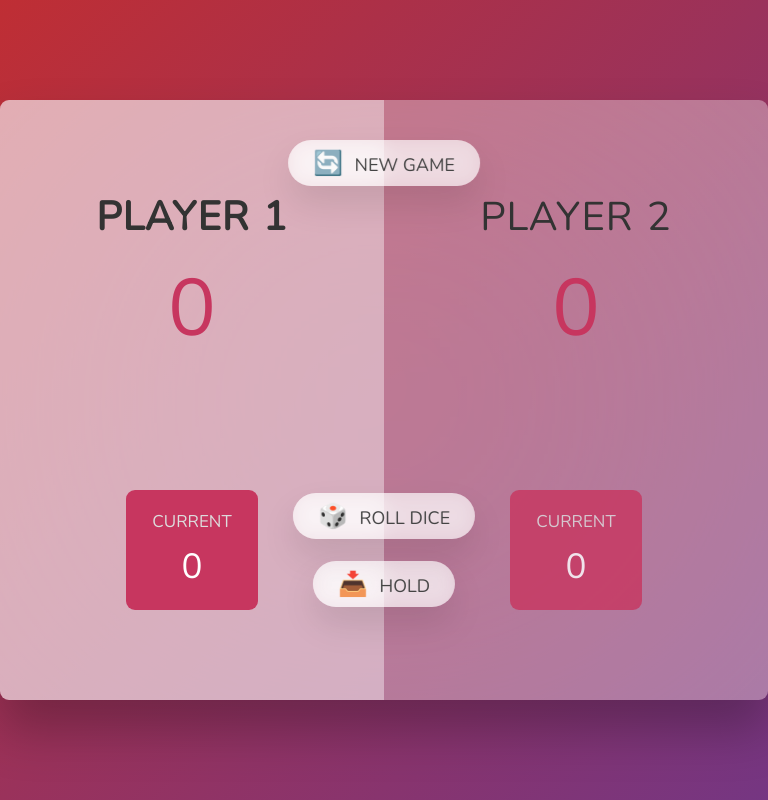
Repository: AbanoubSamyTawfek2002/pig-game
Page: index.html
An editor plug-in stored every save of this project. The page is shown before and after the next save, followed by the edit.
The browser window is 768 px wide. The pictures show the whole page.

Above is the page before, as saved 2025-10-02 00:41:56.

After the next save:
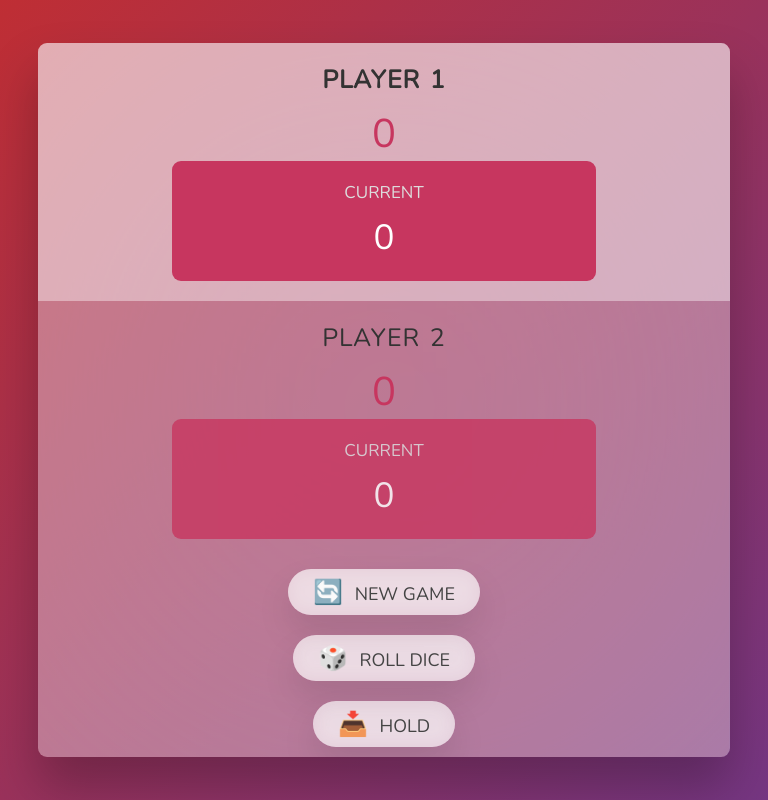
Saved 7 s later.
--- a/style.css
+++ b/style.css
@@ -25,23 +25,26 @@ body {
 .hidden {
   display: none;
 }
+
 /* LAYOUT */
 main {
   position: relative;
-  width: 100rem;
-  height: 60rem;
+  width: 90%;
+  max-width: 100rem;
+  height: auto;
+  aspect-ratio: 5/3;
   background-color: rgba(255, 255, 255, 0.35);
   backdrop-filter: blur(200px);
-  filter: blur();
   box-shadow: 0 3rem 5rem rgba(0, 0, 0, 0.25);
   border-radius: 9px;
   overflow: hidden;
   display: flex;
+  flex-wrap: wrap;
 }
 
 .player {
-  flex: 50%;
-  padding: 9rem;
+  flex: 1 1 50%;
+  padding: 5rem 2rem;
   display: flex;
   flex-direction: column;
   align-items: center;
@@ -102,7 +105,7 @@ main {
   font-size: 3.5rem;
 }
 
-/* ABSOLUTE POSITIONED ELEMENTS */
+/* ABSOLUTE ELEMENTS */
 .btn {
   position: absolute;
   left: 50%;
@@ -116,11 +119,8 @@ main {
   cursor: pointer;
   font-weight: 400;
   transition: all 0.2s;
-
-  background-color: white;
   background-color: rgba(255, 255, 255, 0.6);
   backdrop-filter: blur(10px);
-
   padding: 0.7rem 2.5rem;
   border-radius: 50rem;
   box-shadow: 0 1.75rem 3.5rem rgba(0, 0, 0, 0.1);
@@ -154,17 +154,57 @@ main {
 .dice {
   position: absolute;
   left: 50%;
-  top: 16.5rem;
+  top: 25%;
   transform: translateX(-50%);
-  height: 10rem;
+  width: 15vw;
+  max-width: 10rem;
+  height: auto;
   box-shadow: 0 2rem 5rem rgba(0, 0, 0, 0.2);
 }
 
 .player--winner {
   background-color: #2f2f2f;
 }
-
 .player--winner .name {
   font-weight: 700;
   color: #c7365f;
 }
+
+/* 📱 Responsive */
+@media (max-width: 768px) {
+  main {
+    flex-direction: column;
+    aspect-ratio: auto;
+    height: auto;
+  }
+
+  .player {
+    flex: 1 1 100%;
+    padding: 2rem;
+  }
+
+  .score {
+    font-size: 4rem;
+  }
+
+  .name {
+    font-size: 2.5rem;
+  }
+
+  .dice {
+    position: relative;
+    margin: 2rem auto;
+    top: auto;
+    transform: none;
+    width: 30vw;
+  }
+
+  .btn {
+    position: relative;
+    transform: none;
+    margin: 1rem auto;
+    left: auto;
+    top: auto;
+    display: block;
+  }
+}
